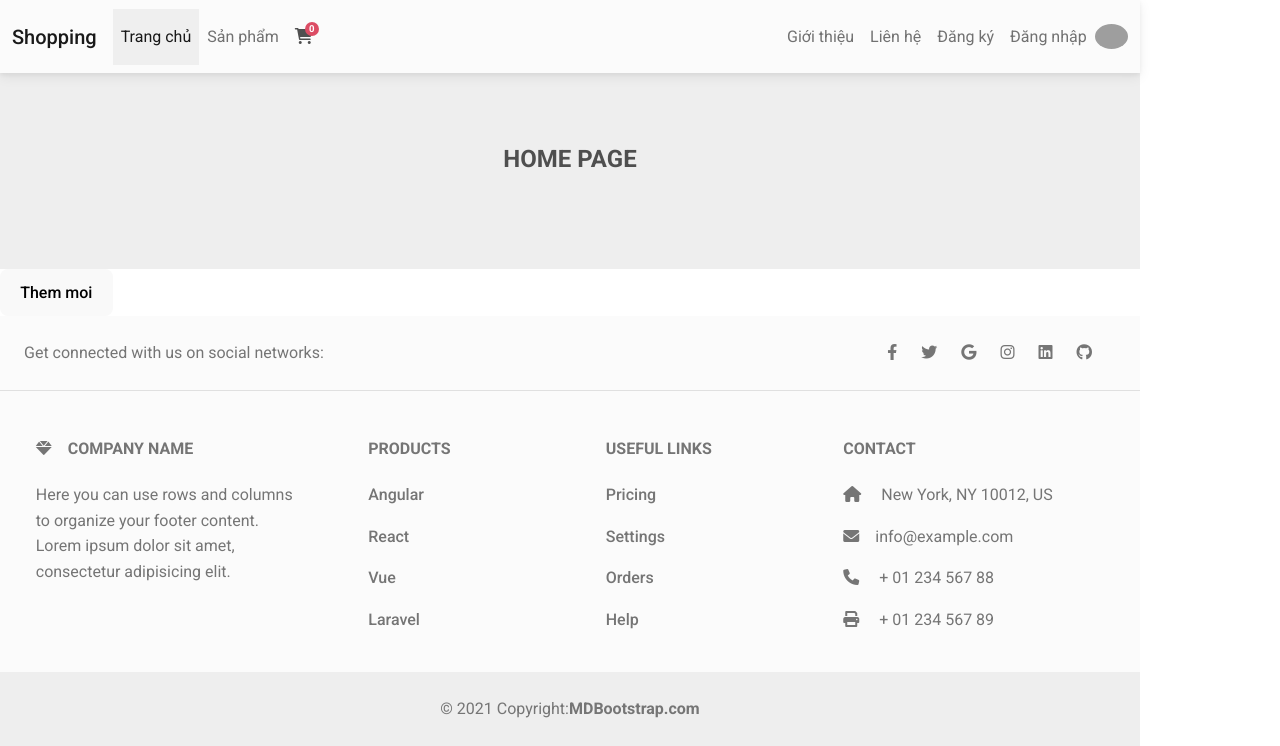
Repository: TinhTT336/MD02_Session10
Page: /
These files come from the project's save history. The page is drawn as it stood at one moment and after the next save; the edit follows.
The browser window is 1280 px wide. The pictures show the whole page.
Pictures or frames that could not be fetched are drawn as grey boxes. Some web libraries are served in a nearby version. The project was rebuilt for these pictures with package versions that can differ from the ones it lists, and the page was loaded fresh each time. Also part of the build but not shown: vite.config.js, src/common/formatMoney.js, src/actions/cartActions.js, src/pages/ListProduct.jsx, src/pages/Cart.jsx, src/components/base/backtop/backtop.css, src/components/base/backtop/BackToTop.jsx, src/pages/About.jsx and 4 more.

Above is the page before, as saved 2023-09-08 14:27:05.

After the next save:
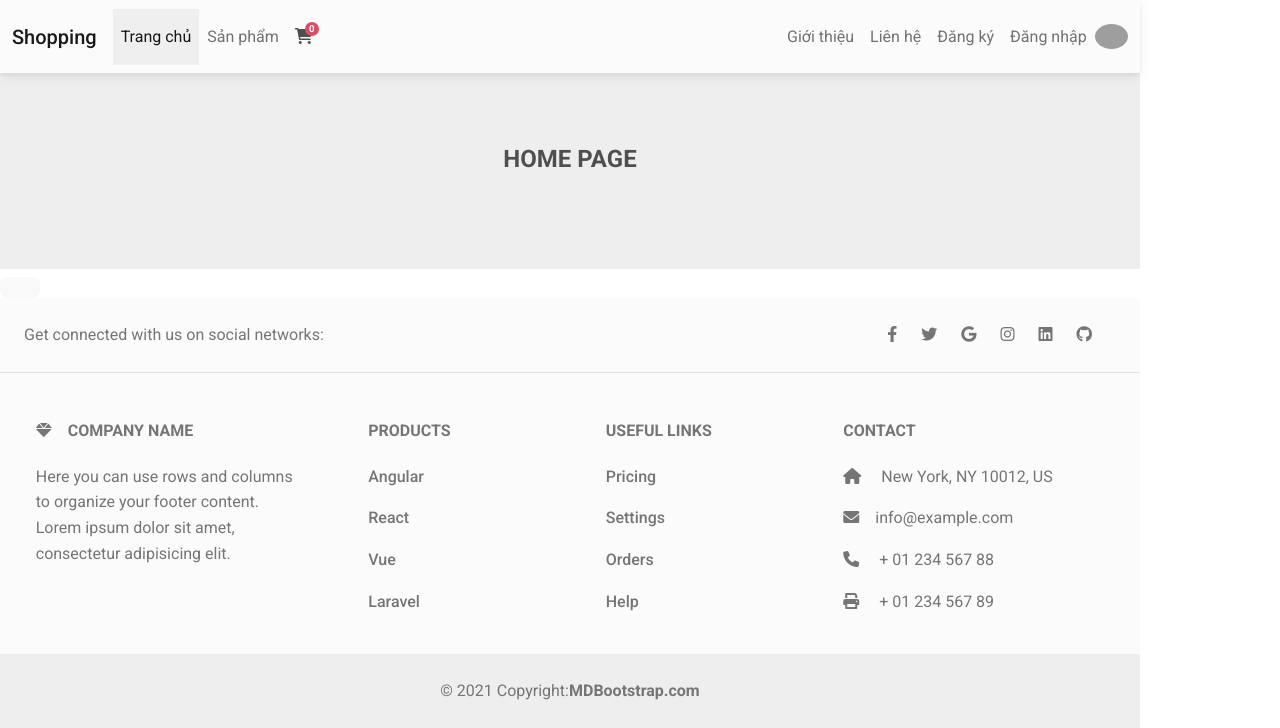
Saved 91 s later.
--- a/src/components/base/button/Button.jsx
+++ b/src/components/base/button/Button.jsx
@@ -1,10 +1,10 @@
 import React from 'react'
 
-export default function Button() {
+export default function Button({ title }) {
     return (
         <>
             <button>
-                Them moi
+                {title}
             </button>
         </>
     )

After the save that followed:
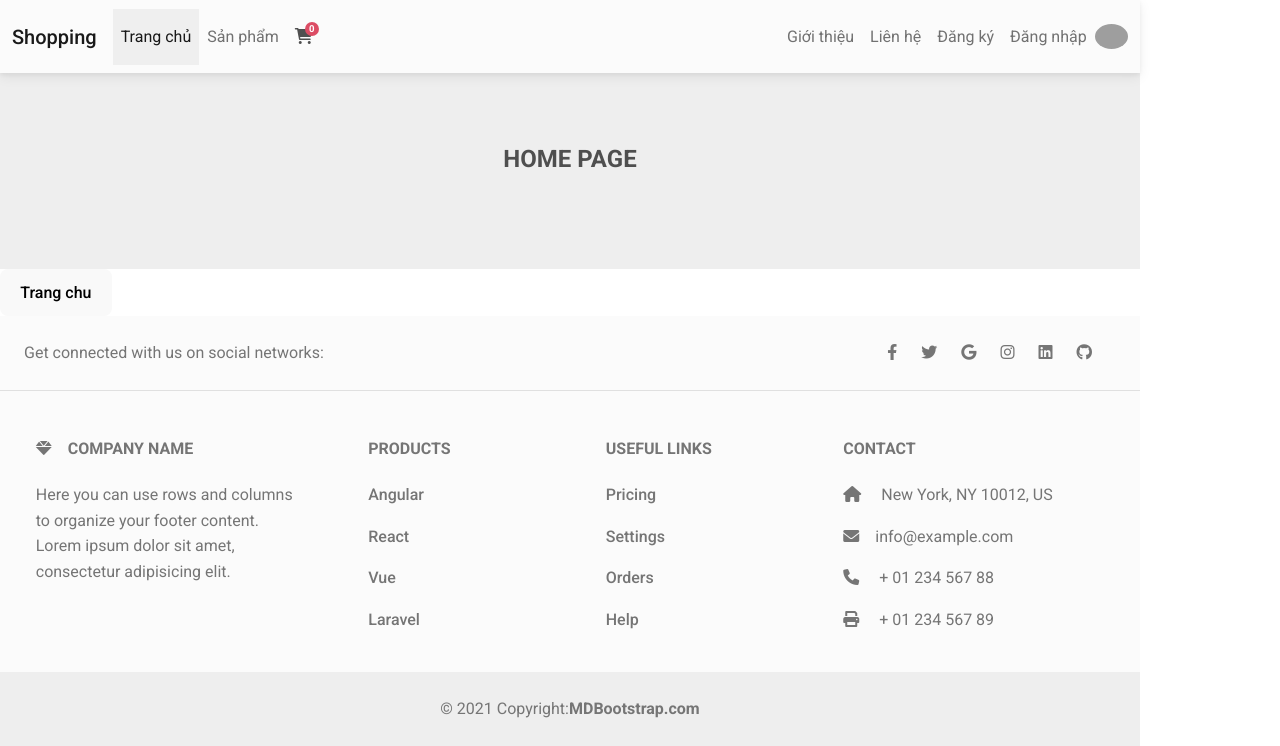
Saved 7 s later.
--- a/src/pages/Home.jsx
+++ b/src/pages/Home.jsx
@@ -14,7 +14,7 @@ export default function Home() {
                     </h4>
                 </div>
             </section>
-            <Button />
+            <Button title={"Trang chu"} />
             <Footer />
         </div>
     )
